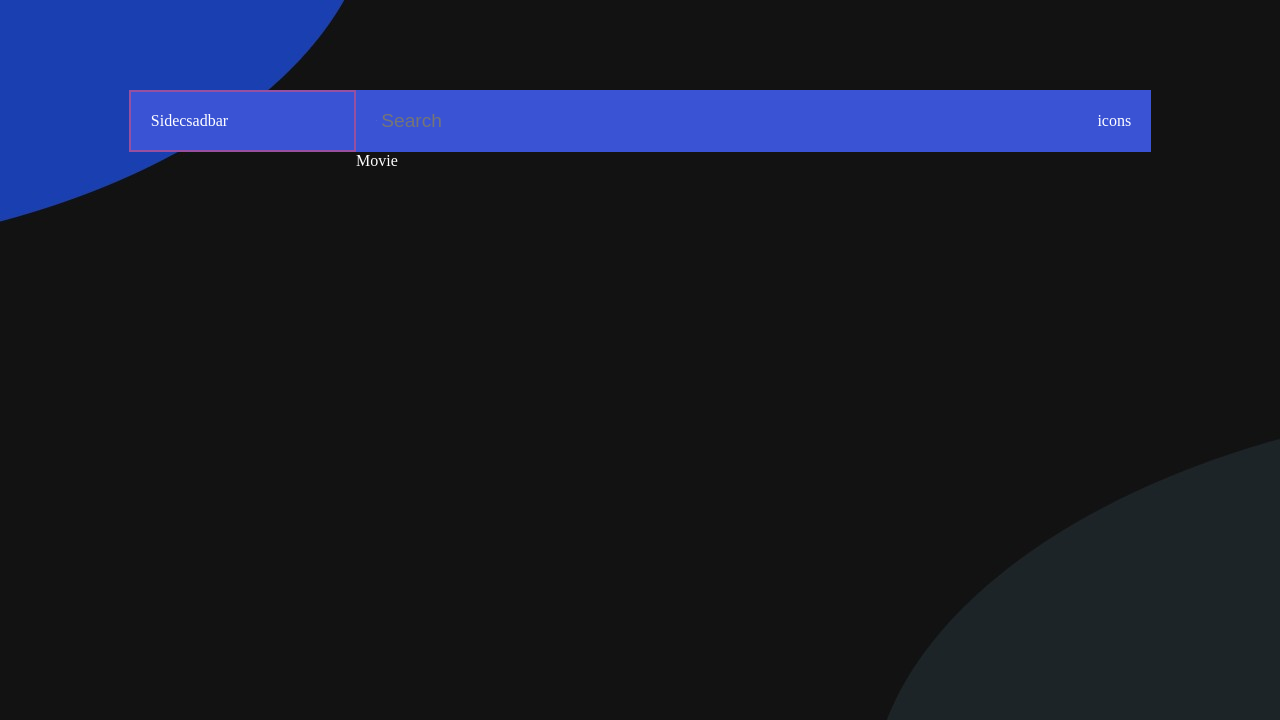
Repository: DevLaukey/movie-task
Page: /
An editor plug-in stored every save of this project. The page is shown before and after the next save, followed by the edit.
The browser window is 1280 px wide. The pictures show the whole page.
The project was rebuilt for these pictures with package versions that can differ from the ones it lists, and the page was loaded fresh each time. Also part of the build but not shown: src/components/Body/Movies.css.

Above is the page before, as saved 2022-06-15 13:22:47.

After the next save:
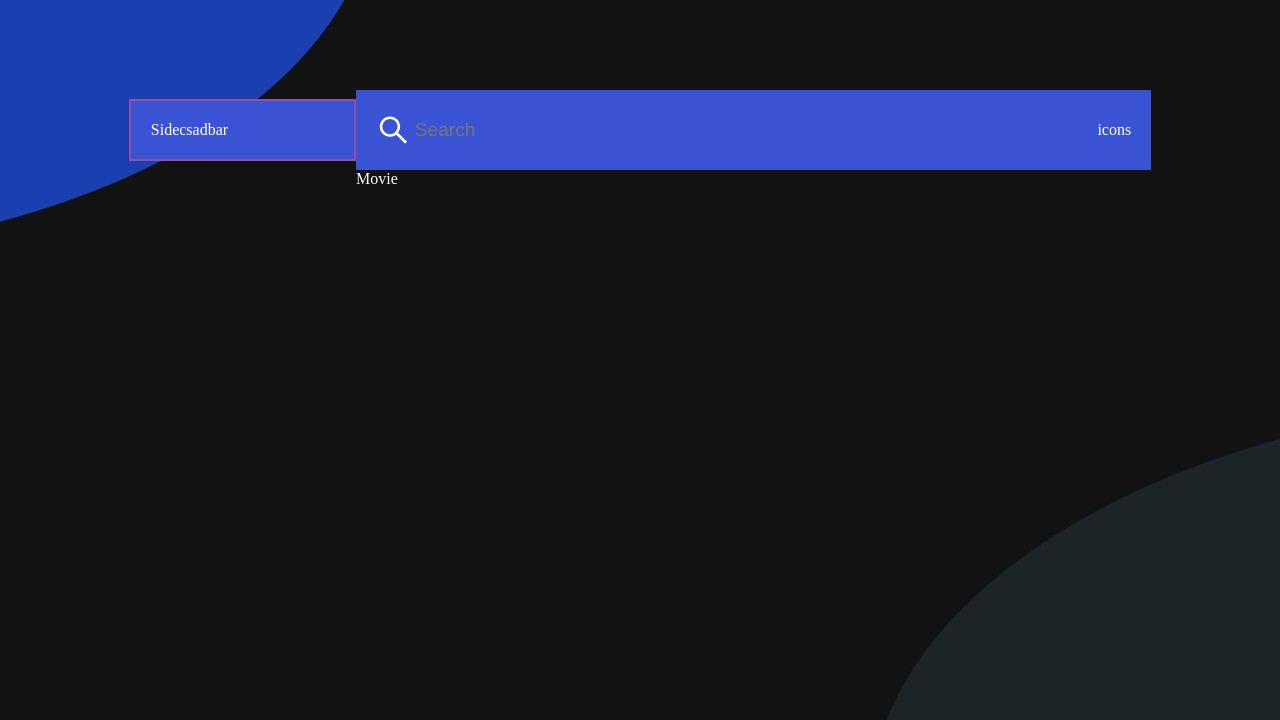
Saved 4 s later.
--- a/src/components/Body/Nav/Nav.js
+++ b/src/components/Body/Nav/Nav.js
@@ -6,7 +6,7 @@
   return (
     <div className="nav">
       <div className="nav__search">
-        <AiOutlineSearch style={{ color:"white", fontSize:"1.2" }} />
+        <AiOutlineSearch style={{ color:"white", fontSize:"40" }} />
         <input className="nav__search__input" type="text" placeholder="Search" />
       </div>
       <div className="nav__icons">

After the 2 saves that followed:
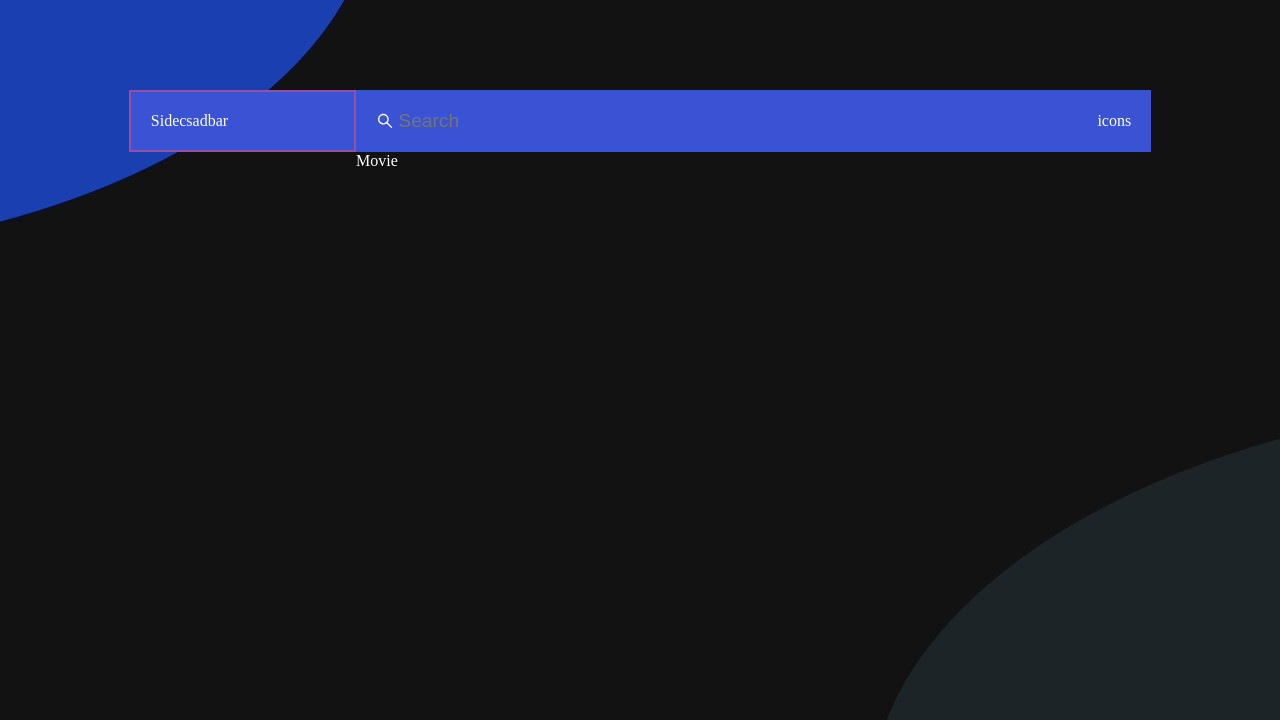
The 2 saves are shown as one change because they came seconds apart.
The last was saved 7 s later.
--- a/src/components/Body/Nav/Nav.js
+++ b/src/components/Body/Nav/Nav.js
@@ -6,7 +6,7 @@
   return (
     <div className="nav">
       <div className="nav__search">
-        <AiOutlineSearch style={{ color:"white", fontSize:"40" }} />
+        <AiOutlineSearch style={{ color:"white", fontSize:"20" }} />
         <input className="nav__search__input" type="text" placeholder="Search" />
       </div>
       <div className="nav__icons">
